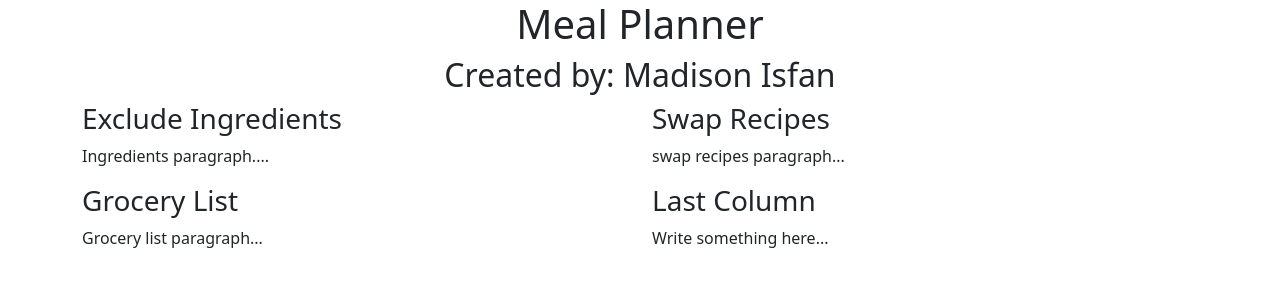
Repository: madisonisfan/Meal-Planner
Page: index.html
These files come from the project's save history. The page is drawn as it stood at one moment and after the next save; the edit follows.
The browser window is 1280 px wide. The pictures show the whole page.
Some web libraries are served in a nearby version.

Above is the page before, as saved 2021-02-17 16:20:49.

After the next save:
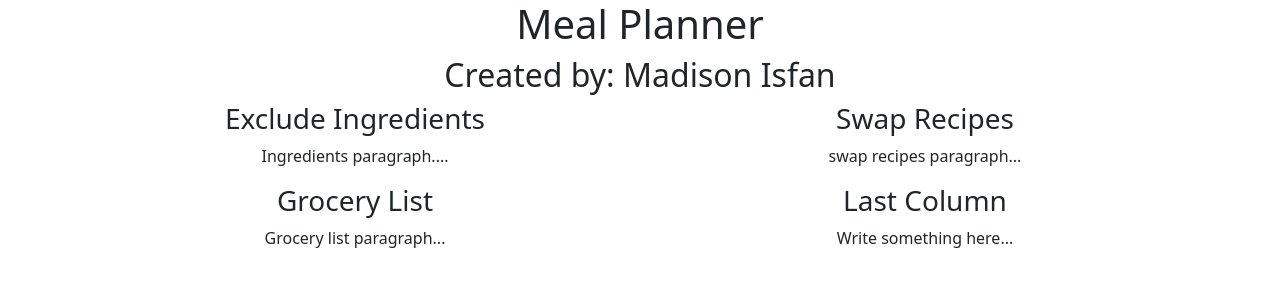
Saved 20 s later.
--- a/index.html
+++ b/index.html
@@ -22,7 +22,7 @@
 
     </header>
 
-    <div class="container">
+    <div class="container text-center">
         <div class="row">
             <div class="col-6">
                 <h3>Exclude Ingredients</h3>

After the save that followed:
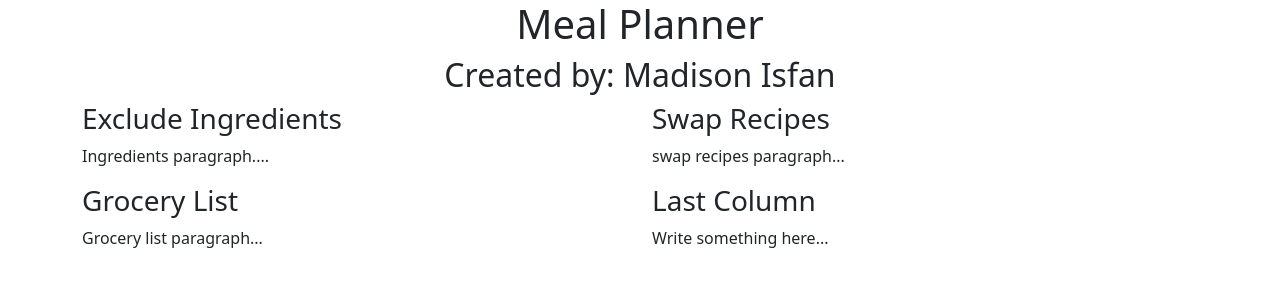
Saved 34 s later.
--- a/index.html
+++ b/index.html
@@ -22,7 +22,7 @@
 
     </header>
 
-    <div class="container text-center">
+    <div class="container  align-items-center">
         <div class="row">
             <div class="col-6">
                 <h3>Exclude Ingredients</h3>
